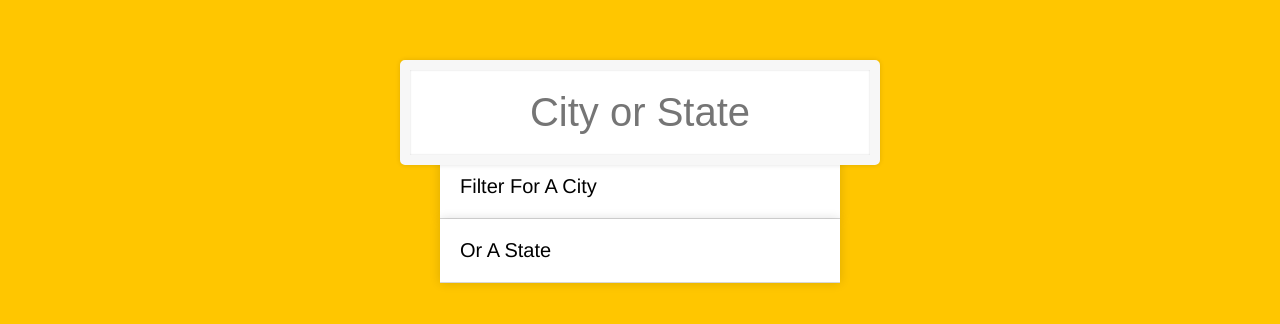
Repository: Saieebawake/Type-Ahead-City-or-State-Search
Page: index.html
These files come from the project's save history. The page is drawn as it stood at one moment and after the next save; the edit follows.
The browser window is 1280 px wide. The pictures show the whole page.
The page's requests for data from a server got no answer.

Above is the page before, as saved 2026-09-27 20:41:37.

After the next save:
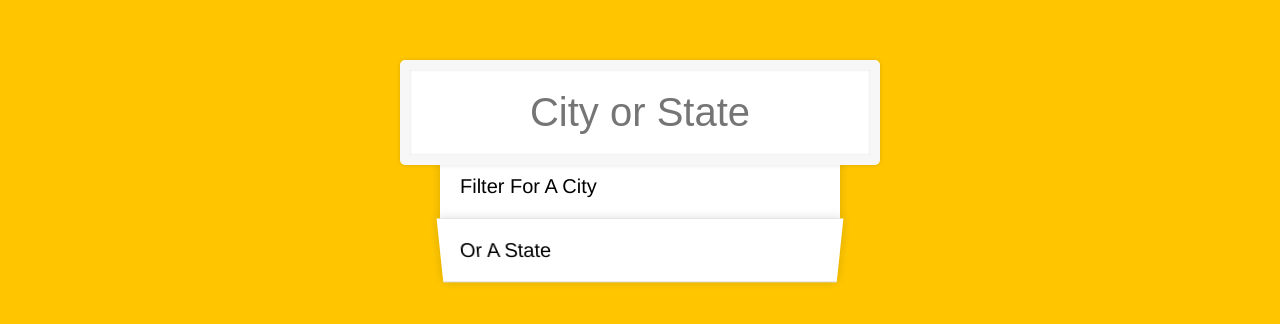
Saved 7 s later.
--- a/style.css
+++ b/style.css
@@ -55,4 +55,4 @@
 }
 
 .suggestions li:nth-child(even) {
-    transform: perspective(100px)
+    transform: perspective(100px) rotateX(-3deg)

After the 2 saves that followed:
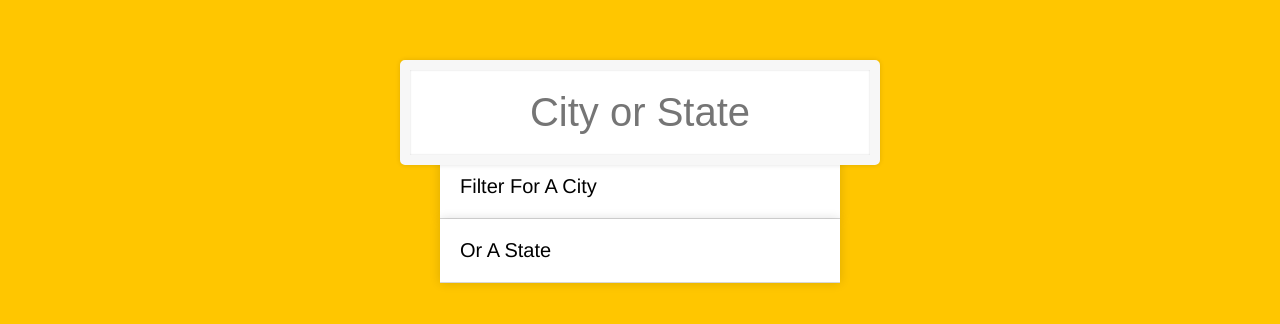
The 2 saves are shown as one change because 1 left the picture as it was.
The last was saved 16 s later.
--- a/style.css
+++ b/style.css
@@ -55,4 +55,4 @@
 }
 
 .suggestions li:nth-child(even) {
-    transform: perspective(100px) rotateX(-3deg)
+    transform: perspective(100px) rotateX(-3deg) translateY(3px;
